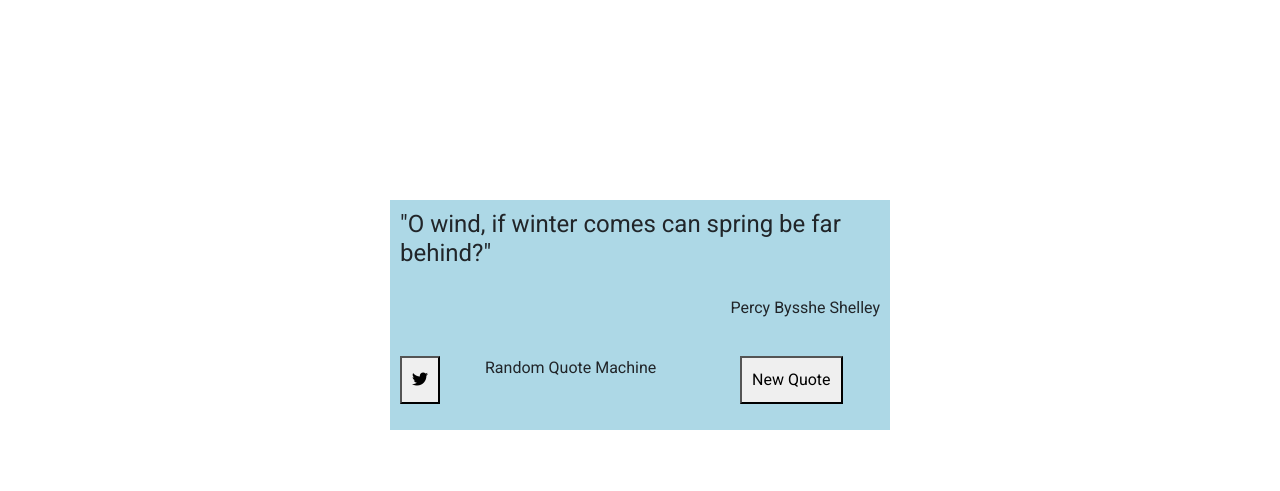
Repository: derektypist/random-quote-machine
Page: index.html
The author's editor kept a record of every edit. The page is drawn from the files as they stood at one moment, then again after the next edit.
The browser window is 1280 px wide. The pictures show the whole page.
Some web libraries are served in a nearby version.

Above is the page before.

After the next edit:
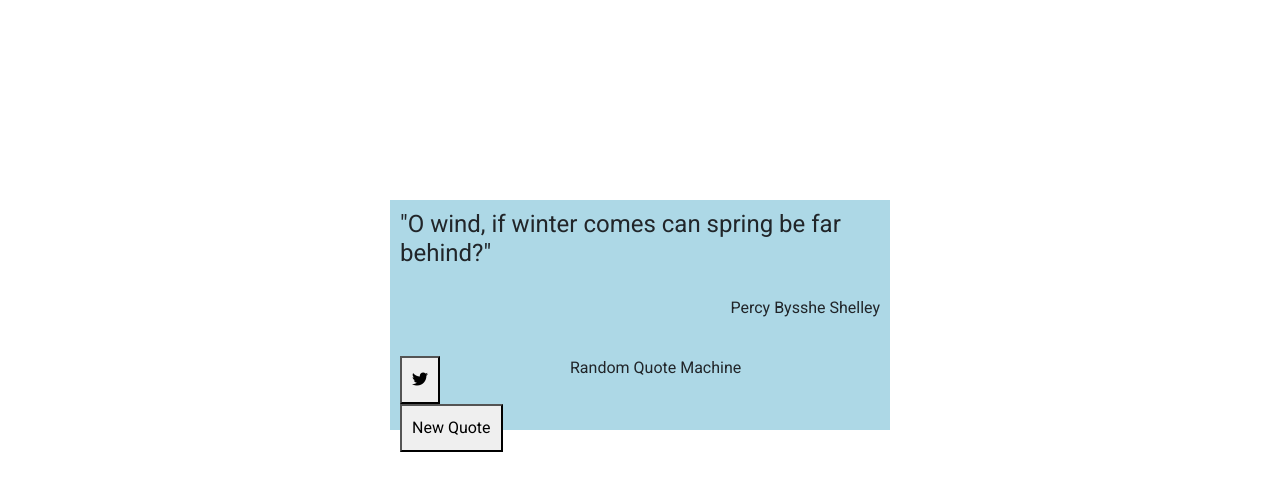
The edit:
--- a/index.html
+++ b/index.html
@@ -131,7 +131,7 @@
         </article>
         <!-- Set Up Row -->
         <article class="row" id="my-buttons">
-            <article class="col-sm-2" id="tweet-quote">
+            <article class="col-sm-4" id="tweet-quote">
             </article>
 
             <article class="col-sm-6">
